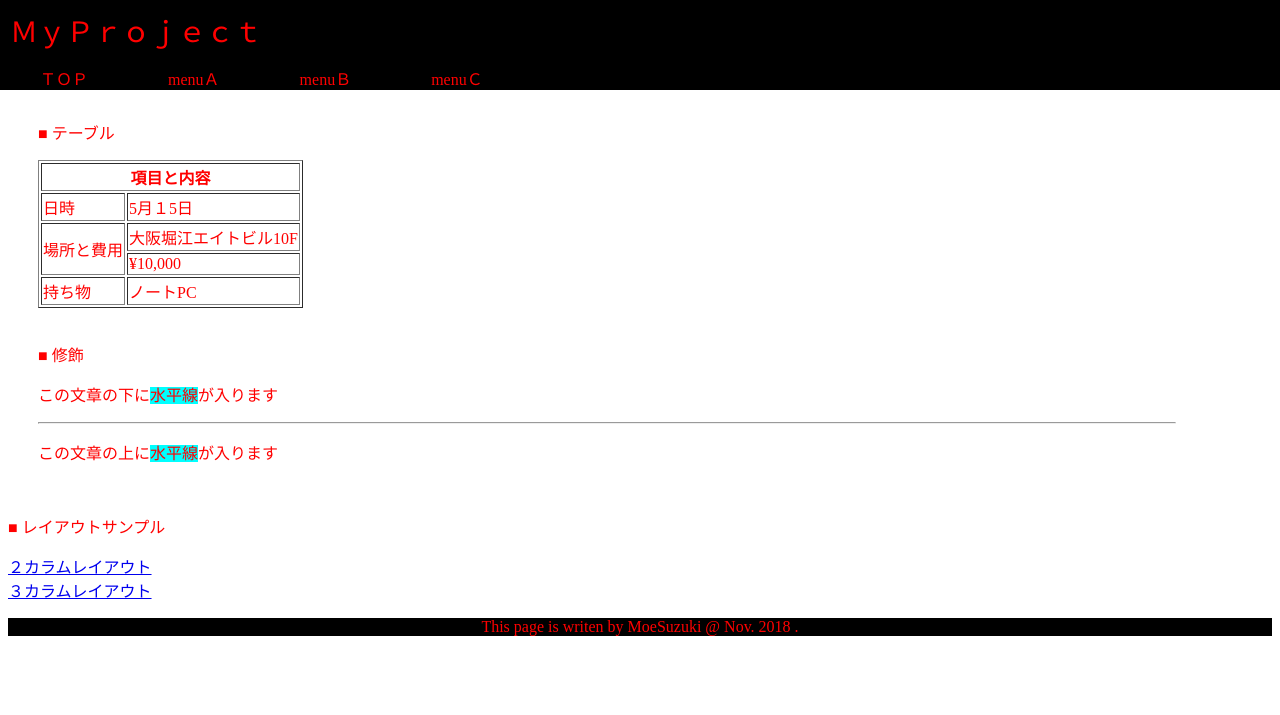
Repository: user10112018/test
Page: http://localhost/MyProject/
The author's editor kept a copy of each file at every save. The page is drawn from the files as they stood at one save, then again after the next save.
The browser window is 1280 px wide. The pictures show the whole page.
The page is served by Tomcat 9.

Above is the page before, as saved 2018-11-14 06:54:23.

After the next save:
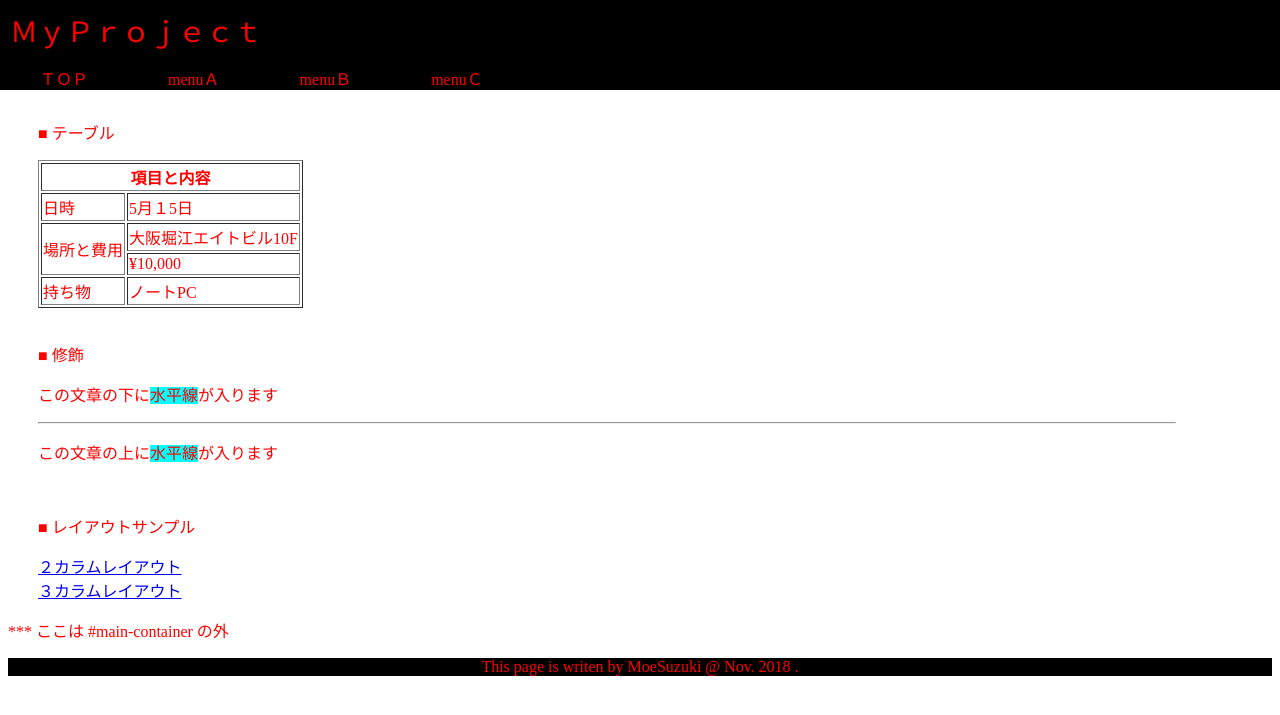
Saved 115 s later.
--- a/MyProject/WebContent/index.jsp
+++ b/MyProject/WebContent/index.jsp
@@ -60,8 +60,6 @@
 <hr>
 <p>この文章の上に<span style="background:aqua;">水平線</span>が入ります</p>
 
-</div>
-
 <br>
 
 <p>■ レイアウトサンプル</p>
@@ -70,6 +68,10 @@
 <br>
 <a href="3columns.jsp">３カラムレイアウト</a>
 
+</div>
+
+
+<p>*** ここは #main-container の外</p>
 
 </main>
 <!-- ==== footer ===== -->
